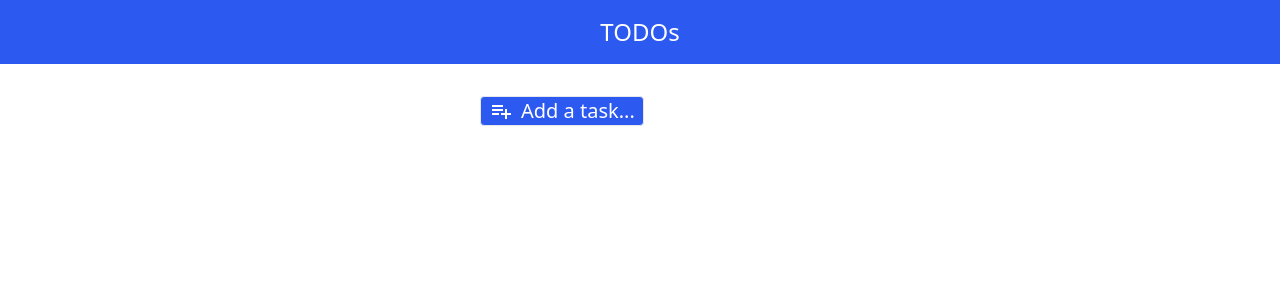
Repository: Jay-JYKim91/wanted-pre-onboarding-challenge-fe-1
Page: /
These files come from the project's save history. The page is drawn as it stood at one moment and after the next save; the edit follows.
The browser window is 1280 px wide. The pictures show the whole page.
The project was rebuilt for these pictures with package versions that can differ from the ones it lists, and the page was loaded fresh each time. Also part of the build but not shown: src/page/Auth.tsx.

Above is the page before, as saved 2022-08-01 22:15:28.

After the next save:
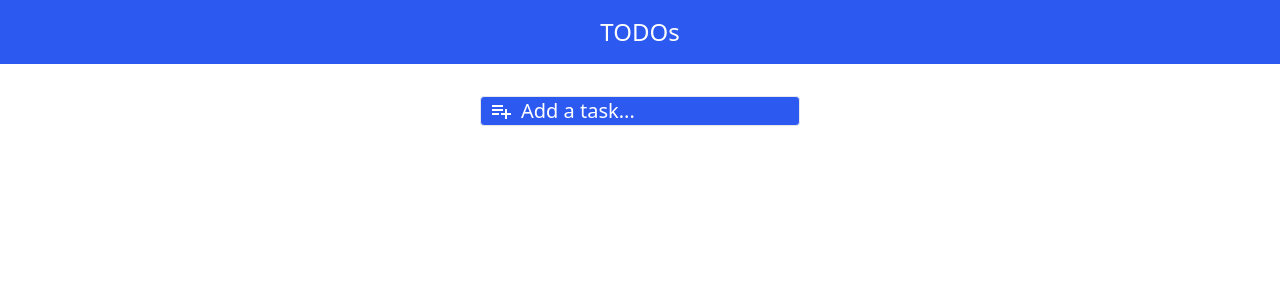
Saved 4 s later.
--- a/src/page/Main.tsx
+++ b/src/page/Main.tsx
@@ -6,7 +6,7 @@ function Main() {
     <div className="max-w-xs mx-auto my-8">
       <button
         type="button"
-        className="flex items-center border rounded bg-primary-900 text-white px-2"
+        className="flex items-center border rounded bg-primary-900 text-white px-2 w-full"
       >
         <MdPlaylistAdd className="mr-2 text-2xl" />
         <span className="text-xl">Add a task...</span>
